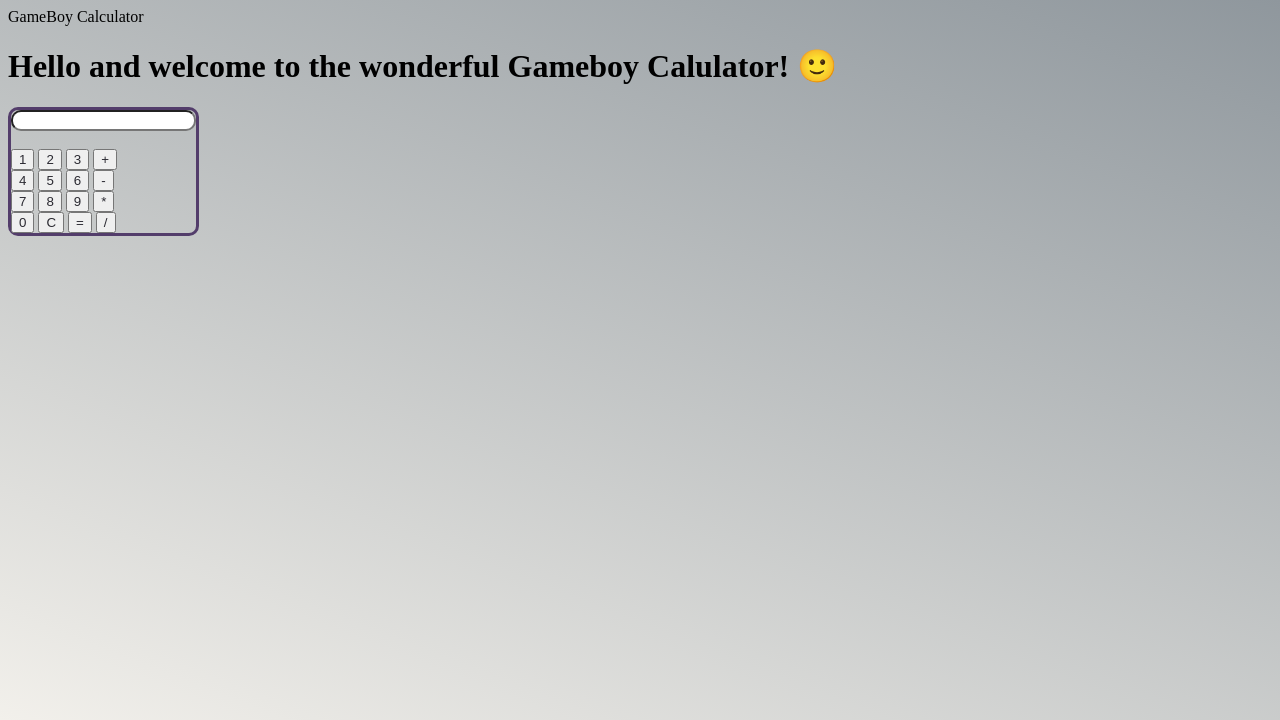
Repository: CrazyPaine/GameBoy-Calculator
Page: index.html
An editor plug-in stored every save of this project. The page is shown before and after the next save, followed by the edit.
The browser window is 1280 px wide. The pictures show the whole page.

Above is the page before, as saved 2024-02-02 15:30:18.

After the next save:
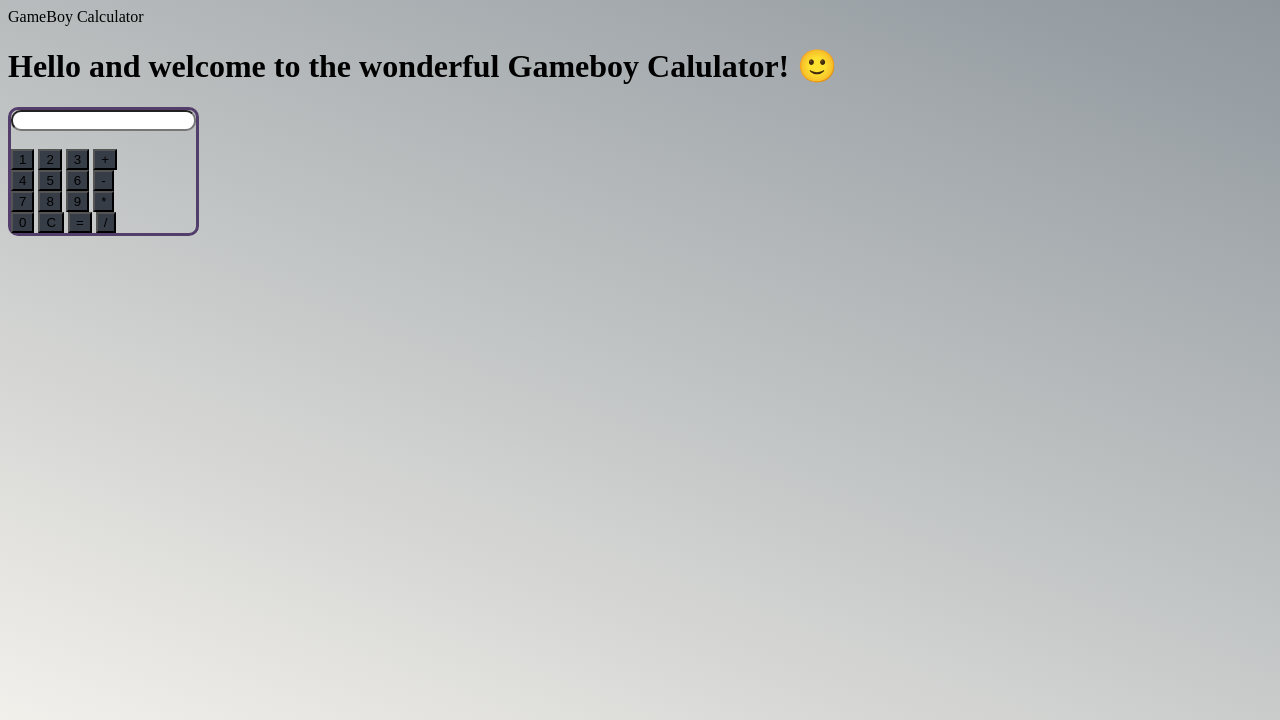
Saved 101 s later.
--- a/css/styles.css
+++ b/css/styles.css
@@ -39,8 +39,8 @@ body {
     width:fit-content;
 }
 
-button {
-    color: #2b2a32;
+.button {
+    background-color: #373d47;
 }
 
 
